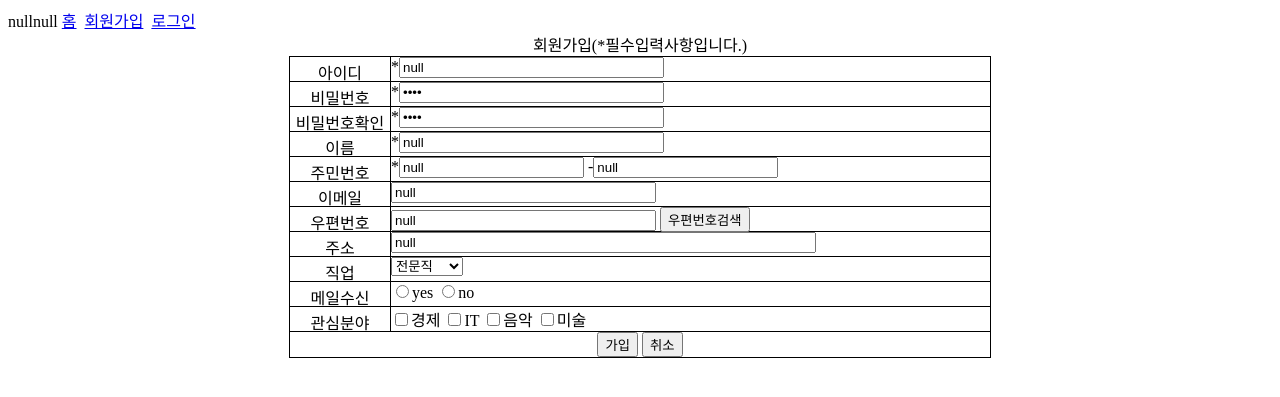
Repository: kms2413/project
Page: http://localhost/homepage/member/update.jsp
The author's editor kept a copy of each file at every save. The page is drawn from the files as they stood at one save, then again after the next save.
The browser window is 1280 px wide. The pictures show the whole page.
The page is served by Tomcat 9.

Above is the page before, as saved 2014-09-15 07:43:30.

After the next save:
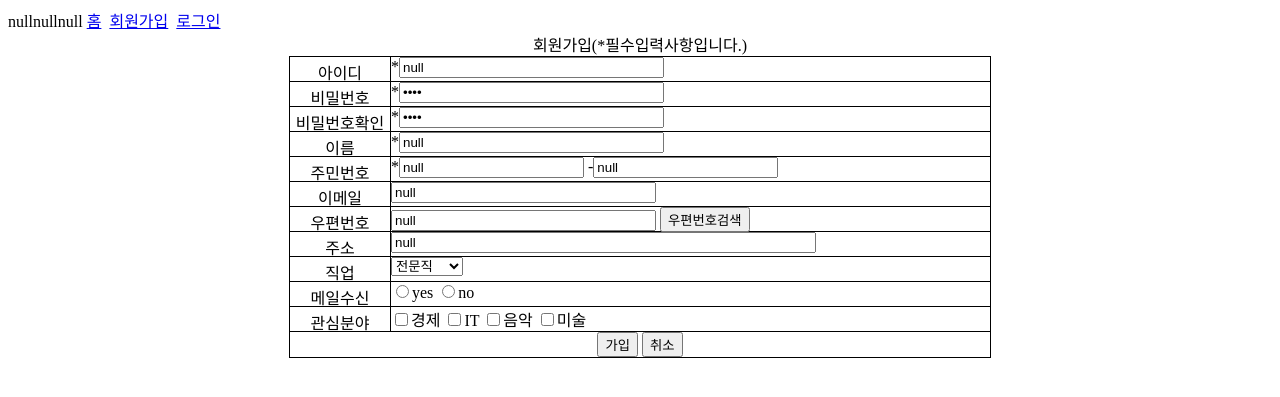
Saved 19 s later.
--- a/homepage/WebContent/member/update.jsp
+++ b/homepage/WebContent/member/update.jsp
@@ -10,7 +10,7 @@
 	String email = request.getParameter("email");
 	String zipcode = request.getParameter("zipcode");
 	String address = request.getParameter("address");
-	out.print(id + password);
+	out.print(id + password + name);
 %>
 
 <html>
